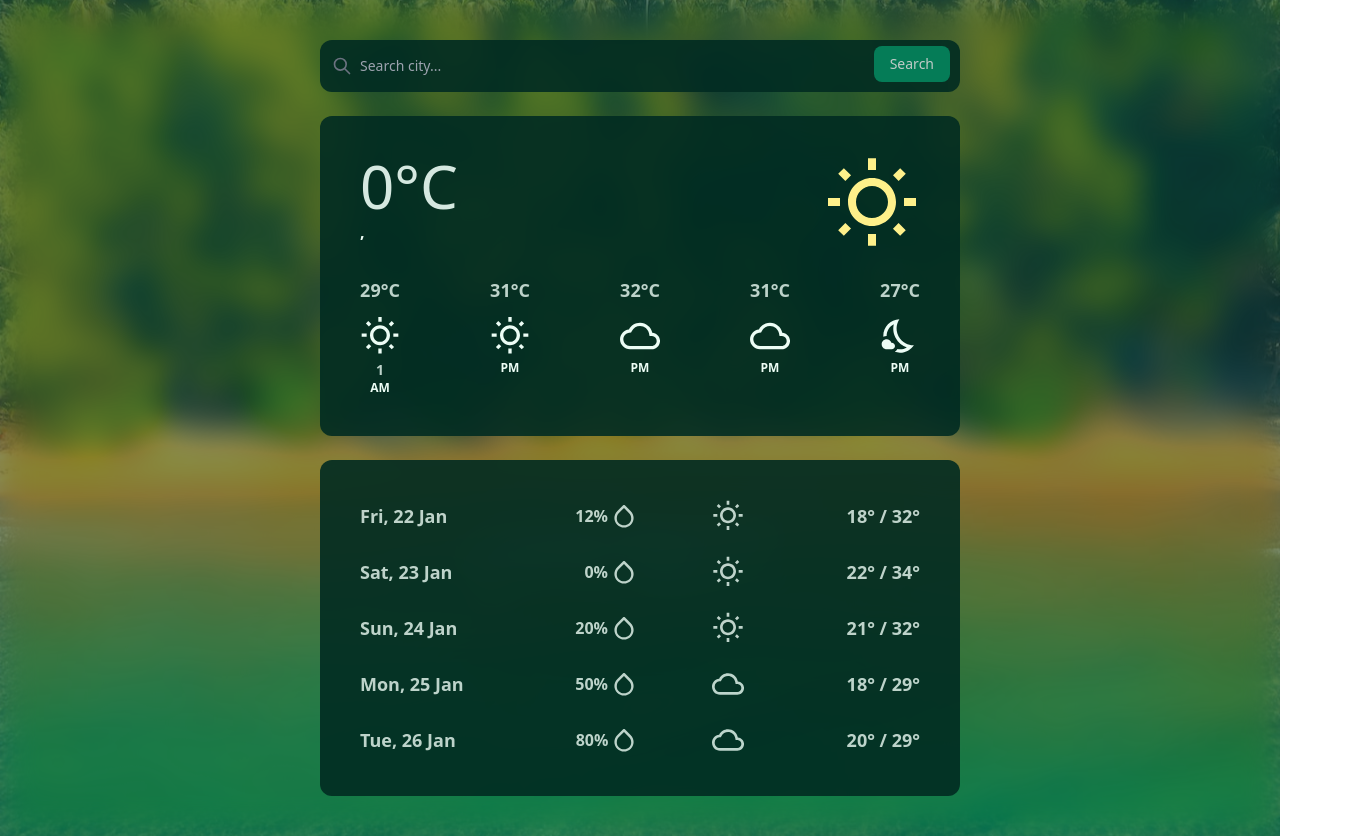
Repository: mikelCabezas/angular-exercices
Page: / (app in weather-app/)
The author's editor kept a copy of each file at every save. The page is drawn from the files as they stood at one save, then again after the next save.
The browser window is 1280 px wide. The page is 1280 px wide, then 1370 px, so the pictures cover 1370 px, including what lies to the right of the window. The pictures show the whole page.
The project was rebuilt for these pictures with package versions that can differ from the ones it lists, and the page was loaded fresh each time. Also part of the build but not shown: weather-app/angular.json.

Above is the page before, as saved 2023-09-18 19:20:55.

### weather-app/src/styles.css
@tailwind base;
@tailwind components;
@tailwind utilities;

body {
    background-image: url('./assets/sunset-beach.jpeg');
    background-position: center;
}

### weather-app/src/app/app.module.ts
import { NgModule } from '@angular/core';
import { BrowserModule } from '@angular/platform-browser';
import { FormsModule } from '@angular/forms';
import { HttpClientModule } from '@angular/common/http'

import { AppComponent } from './app.component';
import { DashboardComponent } from './components/dashboard/dashboard.component';

@NgModule({
  declarations: [
    AppComponent,
    DashboardComponent
  ],
  imports: [
    BrowserModule,
    FormsModule,
    HttpClientModule
  ],
  providers: [],
  bootstrap: [AppComponent]
})
export class AppModule { }

### weather-app/src/app/components/dashboard/dashboard.component.ts
import { Component, OnInit } from '@angular/core';
import { WeatherService } from 'src/app/services/weather.service';

@Component({
  selector: 'app-dashboard',
  templateUrl: './dashboard.component.html',
  styleUrls: ['./dashboard.component.css']
})
export class DashboardComponent implements OnInit {
  city = ''
  weatherCity = ''
  weatherCountry = ''
  currentTemperature = 0
  currentHumidity = 0
  currentWeather = ''

  temperatureAfter3h = 0
  humidityAfter3h = 0
  weatherAfter3h = ''

  time1h = ''
  temp1h = ''

  time2h = ''
  temp2h = ''

  time3h = ''
  temp3h = ''

  time4h = ''
  temp4h = ''

  time5h = ''
  temp5h = ''


  query = false
  loader = false

  constructor(private _weatherService: WeatherService) {

  }

  ngOnInit() { }

  getWeather() {
    this.query = false
    this.loader = true
    this._weatherService.getWeather(this.city).subscribe(data => {

      this.weatherCity = data.city.name
      this.weatherCountry = data.city.country
      this.currentTemperature = data.list[0].main.temp

      const date1h = new Date(data.list[0].dt * 1000);
      this.time1h = `${date1h.getHours()}:00`
      this.temp1h = data.list[0].main.temp

      const date2h = new Date(data.list[1].dt * 1000);
      this.time2h = `${date2h.getHours()}:00`
      this.temp2h = data.list[1].main.temp

      const date3h = new Date(data.list[2].dt * 1000);
      this.time3h = `${date3h.getHours()}:00`
      this.temp3h = data.list[2].main.temp

      const date4h = new Date(data.list[3].dt * 1000);
      this.time4h = `${date4h.getHours()}:00`
      this.temp4h = data.list[3].main.temp

      const date5h = new Date(data.list[4].dt * 1000);
      this.time5h = `${date5h.getHours()}:00`
      this.temp5h = data.list[4].main.temp



      this.loader = false
      console.log(data)
      console.log(this.time1h, this.time2h, this.time3h, this.time4h, this.time5h)
    })
  }
}

### weather-app/src/app/app.component.html
<app-dashboard/>

### weather-app/src/app/components/dashboard/dashboard.component.html
<div class="flex flex-col items-center justify-center w-screen min-h-screen text-emerald-50/80 p-10 bg-teal-900/50 backdrop-saturate-200 backdrop-blur-lg">
    <div class="w-full max-w-screen-sm  rounded-xl">
        <form>
            <label for="default-search" class="mb-2 text-sm font-medium text-gray-900 sr-only dark:text-gray-300">Search</label>
            <div class="relative">
                <div class="flex absolute inset-y-0 left-0 items-center pl-3 pointer-events-none">
                    <svg
                        class="w-5 h-5 text-gray-500 dark:text-gray-400"
                        fill="none"
                        stroke="currentColor"
                        viewBox="0 0 24 24"
                        xmlns="http://www.w3.org/2000/svg"
                    >
                        <path
                            stroke-linecap="round"
                            stroke-linejoin="round"
                            stroke-width="2"
                            d="M21 21l-6-6m2-5a7 7 0 11-14 0 7 7 0 0114 0z"
                        ></path>
                    </svg>
                </div>
                <input
                    [(ngModel)]="city"
                    type="search"
                    id="city"
                    name="city"
                    class="block p-4 pl-10 w-full text-sm text-emerald-50 bg-emerald-950/90 rounded-xl  focus:ring-emmerald-400 focus:border-emmerald-400"
                    placeholder="Search city..."
                    required
                >
                <button type="submit" class="text-white absolute right-2.5 bottom-2.5 bg-emerald-600 disabled:opacity-75 hover:bg-emerald-800 focus:ring-4 focus:outline-none focus:ring-blue-300 font-medium rounded-lg text-sm px-4 py-2 transition-all" (click)="getWeather()" [disabled]="city === ''">Search</button>
            </div>
        </form>
    </div>
    <div *ngIf="loader" role="status" class="bg-emerald-950/90 rounded-xl p-4 mt-6">
        <svg aria-hidden="true" class="w-8 h-8 text-gray-200 animate-spin dark:text-gray-600 fill-emerald-500" viewBox="0 0 100 101" fill="none" xmlns="http://www.w3.org/2000/svg">
            <path d="M100 50.5908C100 78.2051 77.6142 100.591 50 100.591C22.3858 100.591 0 78.2051 0 50.5908C0 22.9766 22.3858 0.59082 50 0.59082C77.6142 0.59082 100 22.9766 100 50.5908ZM9.08144 50.5908C9.08144 73.1895 27.4013 91.5094 50 91.5094C72.5987 91.5094 90.9186 73.1895 90.9186 50.5908C90.9186 27.9921 72.5987 9.67226 50 9.67226C27.4013 9.67226 9.08144 27.9921 9.08144 50.5908Z" fill="currentColor"/>
            <path d="M93.9676 39.0409C96.393 38.4038 97.8624 35.9116 97.0079 33.5539C95.2932 28.8227 92.871 24.3692 89.8167 20.348C85.8452 15.1192 80.8826 10.7238 75.2124 7.41289C69.5422 4.10194 63.2754 1.94025 56.7698 1.05124C51.7666 0.367541 46.6976 0.446843 41.7345 1.27873C39.2613 1.69328 37.813 4.19778 38.4501 6.62326C39.0873 9.04874 41.5694 10.4717 44.0505 10.1071C47.8511 9.54855 51.7191 9.52689 55.5402 10.0491C60.8642 10.7766 65.9928 12.5457 70.6331 15.2552C75.2735 17.9648 79.3347 21.5619 82.5849 25.841C84.9175 28.9121 86.7997 32.2913 88.1811 35.8758C89.083 38.2158 91.5421 39.6781 93.9676 39.0409Z" fill="currentFill"/>
        </svg>
        <span class="sr-only">Loading...</span>
    </div>
    <div class="w-full max-w-screen-sm bg-emerald-950/90 p-10 rounded-xl mt-6">
        <div class="flex justify-between">
            <div class="flex flex-col">
                <span class="text-6xl text-emerald-50/90 ">{{currentTemperature}}°C</span>
                <span class="font-semibold mt-1 text-emerald-50">{{weatherCity}}, {{weatherCountry}}</span>
            </div>
            <svg
                class="h-24 w-24 fill-current text-yellow-200"
                xmlns="http://www.w3.org/2000/svg"
                height="24"
                viewBox="0 0 24 24"
                width="24"
            >
                <path d="M0 0h24v24H0V0z" fill="none"/>
                <path d="M6.76 4.84l-1.8-1.79-1.41 1.41 1.79 1.79zM1 10.5h3v2H1zM11 .55h2V3.5h-2zm8.04 2.495l1.408 1.407-1.79 1.79-1.407-1.408zm-1.8 15.115l1.79 1.8 1.41-1.41-1.8-1.79zM20 10.5h3v2h-3zm-8-5c-3.31 0-6 2.69-6 6s2.69 6 6 6 6-2.69 6-6-2.69-6-6-6zm0 10c-2.21 0-4-1.79-4-4s1.79-4 4-4 4 1.79 4 4-1.79 4-4 4zm-1 4h2v2.95h-2zm-7.45-.96l1.41 1.41 1.79-1.8-1.41-1.41z"/>
            </svg>
        </div>
        <div class="flex justify-between mt-6">
            <div class="flex flex-col items-center">
                <span class="font-semibold text-lg">29°C</span>
                <svg
                    class="h-10 w-10 fill-current text-emerald-50 mt-3"
                    xmlns="http://www.w3.org/2000/svg"
                    height="24"
                    viewBox="0 0 24 24"
                    width="24"
                >
                    <path d="M0 0h24v24H0V0z" fill="none"/>
                    <path d="M6.76 4.84l-1.8-1.79-1.41 1.41 1.79 1.79zM1 10.5h3v2H1zM11 .55h2V3.5h-2zm8.04 2.495l1.408 1.407-1.79 1.79-1.407-1.408zm-1.8 15.115l1.79 1.8 1.41-1.41-1.8-1.79zM20 10.5h3v2h-3zm-8-5c-3.31 0-6 2.69-6 6s2.69 6 6 6 6-2.69 6-6-2.69-6-6-6zm0 10c-2.21 0-4-1.79-4-4s1.79-4 4-4 4 1.79 4 4-1.79 4-4 4zm-1 4h2v2.95h-2zm-7.45-.96l1.41 1.41 1.79-1.8-1.41-1.41z"/>
                </svg>
                <span class="font-semibold mt-1 text-sm">1{{time1h}}</span>
                <span class="text-xs font-semibold text-emerald-50">AM</span>
            </div>
            <div class="flex flex-col items-center">
                <span class="font-semibold text-lg">31°C</span>
                <svg
                    class="h-10 w-10 fill-current text-emerald-50 mt-3"
                    xmlns="http://www.w3.org/2000/svg"
                    height="24"
                    viewBox="0 0 24 24"
                    width="24"
                >
                    <path d="M0 0h24v24H0V0z" fill="none"/>
                    <path d="M6.76 4.84l-1.8-1.79-1.41 1.41 1.79 1.79zM1 10.5h3v2H1zM11 .55h2V3.5h-2zm8.04 2.495l1.408 1.407-1.79 1.79-1.407-1.408zm-1.8 15.115l1.79 1.8 1.41-1.41-1.8-1.79zM20 10.5h3v2h-3zm-8-5c-3.31 0-6 2.69-6 6s2.69 6 6 6 6-2.69 6-6-2.69-6-6-6zm0 10c-2.21 0-4-1.79-4-4s1.79-4 4-4 4 1.79 4 4-1.79 4-4 4zm-1 4h2v2.95h-2zm-7.45-.96l1.41 1.41 1.79-1.8-1.41-1.41z"/>
                </svg>
                <span class="font-semibold mt-1 text-sm">{{time2h}}</span>
                <span class="text-xs font-semibold text-emerald-50">PM</span>
            </div>
            <div class="flex flex-col items-center">
                <span class="font-semibold text-lg">32°C</span>
                <svg
                    class="h-10 w-10 fill-current text-emerald-50 mt-3"
                    xmlns="http://www.w3.org/2000/svg"
                    height="24"
                    viewBox="0 0 24 24"
                    width="24"
                >
                    <path d="M0 0h24v24H0V0z" fill="none"/>
                    <path d="M12.01 6c2.61 0 4.89 1.86 5.4 4.43l.3 1.5 1.52.11c1.56.11 2.78 1.41 2.78 2.96 0 1.65-1.35 3-3 3h-13c-2.21 0-4-1.79-4-4 0-2.05 1.53-3.76 3.56-3.97l1.07-.11.5-.95C8.08 7.14 9.95 6 12.01 6m0-2C9.12 4 6.6 5.64 5.35 8.04 2.35 8.36.01 10.91.01 14c0 3.31 2.69 6 6 6h13c2.76 0 5-2.24 5-5 0-2.64-2.05-4.78-4.64-4.96C18.68 6.59 15.65 4 12.01 4z"/>
                </svg>
                <span class="font-semibold mt-1 text-sm">{{time3h}}</span>
                <span class="text-xs font-semibold text-emerald-50">PM</span>
            </div>
            <div class="flex flex-col items-center">
                <span class="font-semibold text-lg">31°C</span>
                <svg
                    class="h-10 w-10 fill-current text-emerald-50 mt-3"
                    xmlns="http://www.w3.org/2000/svg"
                    height="24"
                    viewBox="0 0 24 24"
                    width="24"
                >
                    <path d="M0 0h24v24H0V0z" fill="none"/>
                    <path d="M12.01 6c2.61 0 4.89 1.86 5.4 4.43l.3 1.5 1.52.11c1.56.11 2.78 1.41 2.78 2.96 0 1.65-1.35 3-3 3h-13c-2.21 0-4-1.79-4-4 0-2.05 1.53-3.76 3.56-3.97l1.07-.11.5-.95C8.08 7.14 9.95 6 12.01 6m0-2C9.12 4 6.6 5.64 5.35 8.04 2.35 8.36.01 10.91.01 14c0 3.31 2.69 6 6 6h13c2.76 0 5-2.24 5-5 0-2.64-2.05-4.78-4.64-4.96C18.68 6.59 15.65 4 12.01 4z"/>
                </svg>
                <span class="font-semibold mt-1 text-sm">{{time4h}}</span>
                <span class="text-xs font-semibold text-emerald-50">PM</span>
            </div>
            <div class="flex flex-col items-center">
                <span class="font-semibold text-lg">27°C</span>
                <svg
                    class="h-10 w-10 fill-current text-emerald-50 mt-3"
                    xmlns="http://www.w3.org/2000/svg"
                    enable-background="new 0 0 24 24"
                    height="24"
                    viewBox="0 0 24 24"
                    width="24"
                >
                    <g>
                        <rect fill="none" height="24" width="24"/>
                    </g>
                    <g>
                        <g>
                            <path d="M19.78,17.51c-2.47,0-6.57-1.33-8.68-5.43C8.77,7.57,10.6,3.6,11.63,2.01C6.27,2.2,1.98,6.59,1.98,12 c0,0.14,0.02,0.28,0.02,0.42C2.61,12.16,3.28,12,3.98,12c0,0,0,0,0,0c0-3.09,1.73-5.77,4.3-7.1C7.78,7.09,7.74,9.94,9.32,13 c1.57,3.04,4.18,4.95,6.8,5.86c-1.23,0.74-2.65,1.15-4.13,1.15c-0.5,0-1-0.05-1.48-0.14c-0.37,0.7-0.94,1.27-1.64,1.64 c0.98,0.32,2.03,0.5,3.11,0.5c3.5,0,6.58-1.8,8.37-4.52C20.18,17.5,19.98,17.51,19.78,17.51z"/>
                            <path d="M7,16l-0.18,0C6.4,14.84,5.3,14,4,14c-1.66,0-3,1.34-3,3s1.34,3,3,3c0.62,0,2.49,0,3,0c1.1,0,2-0.9,2-2 C9,16.9,8.1,16,7,16z"/>
                        </g>
                    </g>
                </svg>
                <span class="font-semibold mt-1 text-sm">{{time5h}}</span>
                <span class="text-xs font-semibold text-emerald-50">PM</span>
            </div>
        </div>
    </div>
    <div class="flex flex-col space-y-6 w-full max-w-screen-sm bg-emerald-950/90 p-10 mt-6 rounded-xl">
        <div class="flex justify-between items-center">
            <span class="font-semibold text-lg w-1/4">Fri, 22 Jan</span>
            <div class="flex items-center justify-end w-1/4 pr-10">
                <span class="font-semibold">12%</span>
                <svg
                    class="w-6 h-6 fill-current ml-1"
                    viewBox="0 0 16 20"
                    version="1.1"
                    xmlns="http://www.w3.org/2000/svg"
                >
                    <g transform="matrix(1,0,0,1,-4,-2)">
                        <path d="M17.66,8L12.71,3.06C12.32,2.67 11.69,2.67 11.3,3.06L6.34,8C4.78,9.56 4,11.64 4,13.64C4,15.64 4.78,17.75 6.34,19.31C7.9,20.87 9.95,21.66 12,21.66C14.05,21.66 16.1,20.87 17.66,19.31C19.22,17.75 20,15.64 20,13.64C20,11.64 19.22,9.56 17.66,8ZM6,14C6.01,12 6.62,10.73 7.76,9.6L12,5.27L16.24,9.65C17.38,10.77 17.99,12 18,14C18.016,17.296 14.96,19.809 12,19.74C9.069,19.672 5.982,17.655 6,14Z" style="fill-rule:nonzero;"/>
                    </g>
                </svg>
            </div>
            <svg
                class="h-8 w-8 fill-current w-1/4"
                xmlns="http://www.w3.org/2000/svg"
                height="24"
                viewBox="0 0 24 24"
                width="24"
            >
                <path d="M0 0h24v24H0V0z" fill="none"/>
                <path d="M6.76 4.84l-1.8-1.79-1.41 1.41 1.79 1.79zM1 10.5h3v2H1zM11 .55h2V3.5h-2zm8.04 2.495l1.408 1.407-1.79 1.79-1.407-1.408zm-1.8 15.115l1.79 1.8 1.41-1.41-1.8-1.79zM20 10.5h3v2h-3zm-8-5c-3.31 0-6 2.69-6 6s2.69 6 6 6 6-2.69 6-6-2.69-6-6-6zm0 10c-2.21 0-4-1.79-4-4s1.79-4 4-4 4 1.79 4 4-1.79 4-4 4zm-1 4h2v2.95h-2zm-7.45-.96l1.41 1.41 1.79-1.8-1.41-1.41z"/>
            </svg>
            <span class="font-semibold text-lg w-1/4 text-right">18° / 32°</span>
        </div>
        <div class="flex justify-between items-center">
            <span class="font-semibold text-lg w-1/4">Sat, 23 Jan</span>
            <div class="flex items-center justify-end pr-10 w-1/4">
                <span class="font-semibold">0%</span>
                <svg
                    class="w-6 h-6 fill-current ml-1"
                    viewBox="0 0 16 20"
                    version="1.1"
                    xmlns="http://www.w3.org/2000/svg"
                >
                    <g transform="matrix(1,0,0,1,-4,-2)">
                        <path d="M17.66,8L12.71,3.06C12.32,2.67 11.69,2.67 11.3,3.06L6.34,8C4.78,9.56 4,11.64 4,13.64C4,15.64 4.78,17.75 6.34,19.31C7.9,20.87 9.95,21.66 12,21.66C14.05,21.66 16.1,20.87 17.66,19.31C19.22,17.75 20,15.64 20,13.64C20,11.64 19.22,9.56 17.66,8ZM6,14C6.01,12 6.62,10.73 7.76,9.6L12,5.27L16.24,9.65C17.38,10.77 17.99,12 18,14C18.016,17.296 14.96,19.809 12,19.74C9.069,19.672 5.982,17.655 6,14Z" style="fill-rule:nonzero;"/>
                    </g>
                </svg>
            </div>
            <svg
                class="h-8 w-8 fill-current w-1/4"
                xmlns="http://www.w3.org/2000/svg"
                height="24"
                viewBox="0 0 24 24"
                width="24"
            >
                <path d="M0 0h24v24H0V0z" fill="none"/>
                <path d="M6.76 4.84l-1.8-1.79-1.41 1.41 1.79 1.79zM1 10.5h3v2H1zM11 .55h2V3.5h-2zm8.04 2.495l1.408 1.407-1.79 1.79-1.407-1.408zm-1.8 15.115l1.79 1.8 1.41-1.41-1.8-1.79zM20 10.5h3v2h-3zm-8-5c-3.31 0-6 2.69-6 6s2.69 6 6 6 6-2.69 6-6-2.69-6-6-6zm0 10c-2.21 0-4-1.79-4-4s1.79-4 4-4 4 1.79 4 4-1.79 4-4 4zm-1 4h2v2.95h-2zm-7.45-.96l1.41 1.41 1.79-1.8-1.41-1.41z"/>
            </svg>
            <span class="font-semibold text-lg w-1/4 text-right">22° / 34°</span>
        </div>
        <div class="flex justify-between items-center">
            <span class="font-semibold text-lg w-1/4">Sun, 24 Jan</span>
            <div class="flex items-center justify-end pr-10 w-1/4">
                <span class="font-semibold">20%</span>
                <svg
                    class="w-6 h-6 fill-current ml-1"
                    viewBox="0 0 16 20"
                    version="1.1"
                    xmlns="http://www.w3.org/2000/svg"
                >
                    <g transform="matrix(1,0,0,1,-4,-2)">
                        <path d="M17.66,8L12.71,3.06C12.32,2.67 11.69,2.67 11.3,3.06L6.34,8C4.78,9.56 4,11.64 4,13.64C4,15.64 4.78,17.75 6.34,19.31C7.9,20.87 9.95,21.66 12,21.66C14.05,21.66 16.1,20.87 17.66,19.31C19.22,17.75 20,15.64 20,13.64C20,11.64 19.22,9.56 17.66,8ZM6,14C6.01,12 6.62,10.73 7.76,9.6L12,5.27L16.24,9.65C17.38,10.77 17.99,12 18,14C18.016,17.296 14.96,19.809 12,19.74C9.069,19.672 5.982,17.655 6,14Z" style="fill-rule:nonzero;"/>
                    </g>
                </svg>
            </div>
            <svg
                class="h-8 w-8 fill-current w-1/4"
                xmlns="http://www.w3.org/2000/svg"
                height="24"
                viewBox="0 0 24 24"
                width="24"
            >
                <path d="M0 0h24v24H0V0z" fill="none"/>
                <path d="M6.76 4.84l-1.8-1.79-1.41 1.41 1.79 1.79zM1 10.5h3v2H1zM11 .55h2V3.5h-2zm8.04 2.495l1.408 1.407-1.79 1.79-1.407-1.408zm-1.8 15.115l1.79 1.8 1.41-1.41-1.8-1.79zM20 10.5h3v2h-3zm-8-5c-3.31 0-6 2.69-6 6s2.69 6 6 6 6-2.69 6-6-2.69-6-6-6zm0 10c-2.21 0-4-1.79-4-4s1.79-4 4-4 4 1.79 4 4-1.79 4-4 4zm-1 4h2v2.95h-2zm-7.45-.96l1.41 1.41 1.79-1.8-1.41-1.41z"/>
            </svg>
            <span class="font-semibold text-lg w-1/4 text-right">21° / 32°</span>
        </div>
        <div class="flex justify-between items-center">
            <span class="font-semibold text-lg w-1/4">Mon, 25 Jan</span>
            <div class="flex items-center justify-end pr-10 w-1/4">
                <span class="font-semibold">50%</span>
                <svg
                    class="w-6 h-6 fill-current ml-1"
                    viewBox="0 0 16 20"
                    version="1.1"
                    xmlns="http://www.w3.org/2000/svg"
                >
                    <g transform="matrix(1,0,0,1,-4,-2)">
                        <path d="M17.66,8L12.71,3.06C12.32,2.67 11.69,2.67 11.3,3.06L6.34,8C4.78,9.56 4,11.64 4,13.64C4,15.64 4.78,17.75 6.34,19.31C7.9,20.87 9.95,21.66 12,21.66C14.05,21.66 16.1,20.87 17.66,19.31C19.22,17.75 20,15.64 20,13.64C20,11.64 19.22,9.56 17.66,8ZM6,14C6.01,12 6.62,10.73 7.76,9.6L12,5.27L16.24,9.65C17.38,10.77 17.99,12 18,14C18.016,17.296 14.96,19.809 12,19.74C9.069,19.672 5.982,17.655 6,14Z" style="fill-rule:nonzero;"/>
                    </g>
                </svg>
            </div>
            <svg
                class="h-8 w-8 fill-current w-1/4"
                xmlns="http://www.w3.org/2000/svg"
                height="24"
                viewBox="0 0 24 24"
                width="24"
            >
                <path d="M0 0h24v24H0V0z" fill="none"/>
                <path d="M12.01 6c2.61 0 4.89 1.86 5.4 4.43l.3 1.5 1.52.11c1.56.11 2.78 1.41 2.78 2.96 0 1.65-1.35 3-3 3h-13c-2.21 0-4-1.79-4-4 0-2.05 1.53-3.76 3.56-3.97l1.07-.11.5-.95C8.08 7.14 9.95 6 12.01 6m0-2C9.12 4 6.6 5.64 5.35 8.04 2.35 8.36.01 10.91.01 14c0 3.31 2.69 6 6 6h13c2.76 0 5-2.24 5-5 0-2.64-2.05-4.78-4.64-4.96C18.68 6.59 15.65 4 12.01 4z"/>
            </svg>
            <span class="font-semibold text-lg w-1/4 text-right">18° / 29°</span>
        </div>
        <div class="flex justify-between items-center">
            <span class="font-semibold text-lg w-1/4">Tue, 26 Jan</span>
            <div class="flex items-center justify-center w-1/4">
                <span class="font-semibold">80%</span>
                <svg
                    class="w-6 h-6 fill-current ml-1"
                    viewBox="0 0 16 20"
                    version="1.1"
                    xmlns="http://www.w3.org/2000/svg"
                >
                    <g transform="matrix(1,0,0,1,-4,-2)">
                        <path d="M17.66,8L12.71,3.06C12.32,2.67 11.69,2.67 11.3,3.06L6.34,8C4.78,9.56 4,11.64 4,13.64C4,15.64 4.78,17.75 6.34,19.31C7.9,20.87 9.95,21.66 12,21.66C14.05,21.66 16.1,20.87 17.66,19.31C19.22,17.75 20,15.64 20,13.64C20,11.64 19.22,9.56 17.66,8ZM6,14C6.01,12 6.62,10.73 7.76,9.6L12,5.27L16.24,9.65C17.38,10.77 17.99,12 18,14C18.016,17.296 14.96,19.809 12,19.74C9.069,19.672 5.982,17.655 6,14Z" style="fill-rule:nonzero;"/>
                    </g>
                </svg>
            </div>
            <svg
                class="h-8 w-8 fill-current w-1/4"
                xmlns="http://www.w3.org/2000/svg"
                height="24"
                viewBox="0 0 24 24"
                width="24"
            >
                <path d="M0 0h24v24H0V0z" fill="none"/>
                <path d="M12.01 6c2.61 0 4.89 1.86 5.4 4.43l.3 1.5 1.52.11c1.56.11 2.78 1.41 2.78 2.96 0 1.65-1.35 3-3 3h-13c-2.21 0-4-1.79-4-4 0-2.05 1.53-3.76 3.56-3.97l1.07-.11.5-.95C8.08 7.14 9.95 6 12.01 6m0-2C9.12 4 6.6 5.64 5.35 8.04 2.35 8.36.01 10.91.01 14c0 3.31 2.69 6 6 6h13c2.76 0 5-2.24 5-5 0-2.64-2.05-4.78-4.64-4.96C18.68 6.59 15.65 4 12.01 4z"/>
            </svg>
            <span class="font-semibold text-lg w-1/4 text-right">20° / 29°</span>
        </div>
    </div>
    <!-- Component End  -->
</div>

### weather-app/src/app/services/weather.service.ts
import { HttpClient } from '@angular/common/http';
import { Injectable } from '@angular/core';
import { Observable } from 'rxjs';

@Injectable({
  providedIn: 'root'
})
export class WeatherService {
  url = 'https://api.openweathermap.org/data/2.5/forecast?'

  weatherApiKey = '09e76f098a33472816440015ec15a8a2'
  constructor(private http: HttpClient) {
  }
  getWeather(city: string): Observable<any> {
    const URL = `${this.url}q=${city}&appid=${this.weatherApiKey}&units=metric`
    return this.http.get(URL)
  }
}

Loaded but not shown: weather-app/src/index.html (common file); weather-app/src/main.ts (common file); weather-app/src/app/app.component.ts (common file); weather-app/tailwind.config.js (common file); weather-app/src/app/app.component.css (no stored copy; drawn as an empty file); weather-app/src/app/components/dashboard/dashboard.component.css (no stored copy; drawn as an empty file)

After the next save:
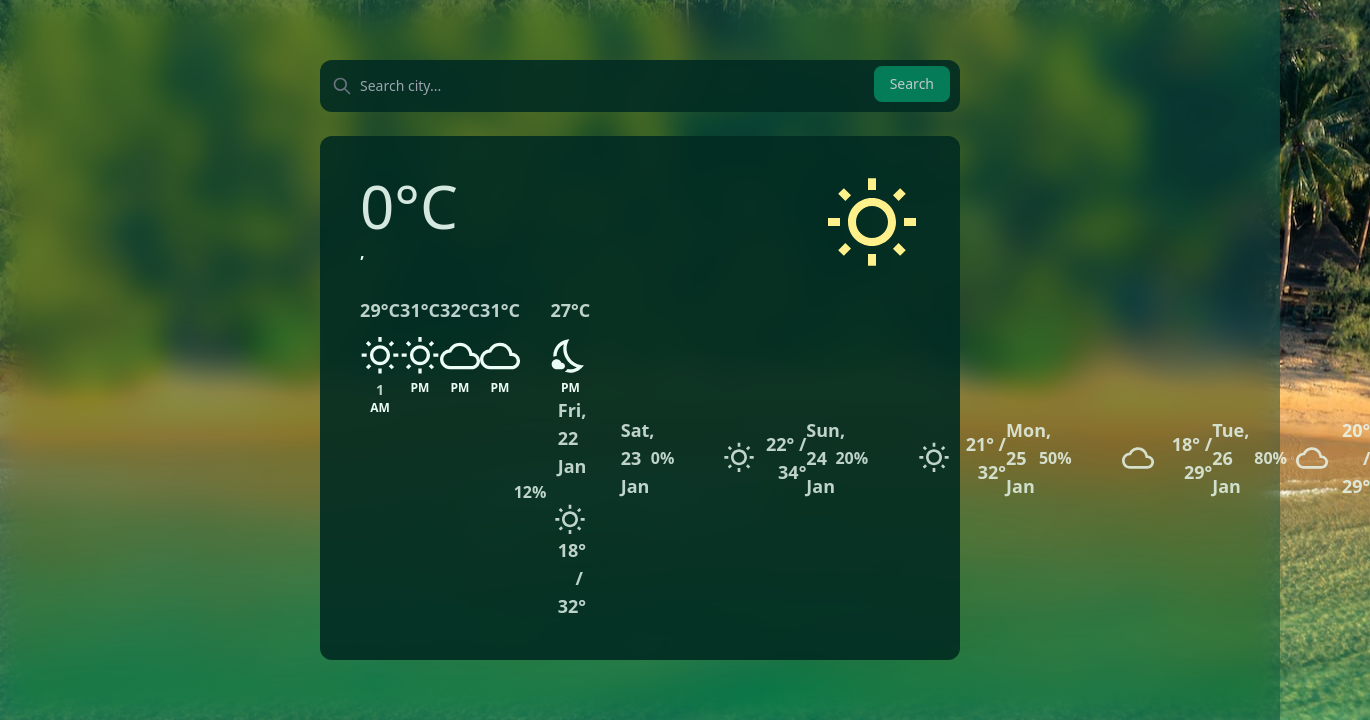
Saved 11 s later.
--- a/weather-app/src/app/components/dashboard/dashboard.component.html
+++ b/weather-app/src/app/components/dashboard/dashboard.component.html
@@ -139,11 +139,7 @@
                 </svg>
                 <span class="font-semibold mt-1 text-sm">{{time5h}}</span>
                 <span class="text-xs font-semibold text-emerald-50">PM</span>
-            </div>
-        </div>
-    </div>
-    <div class="flex flex-col space-y-6 w-full max-w-screen-sm bg-emerald-950/90 p-10 mt-6 rounded-xl">
-        <div class="flex justify-between items-center">
+
             <span class="font-semibold text-lg w-1/4">Fri, 22 Jan</span>
             <div class="flex items-center justify-end w-1/4 pr-10">
                 <span class="font-semibold">12%</span>
